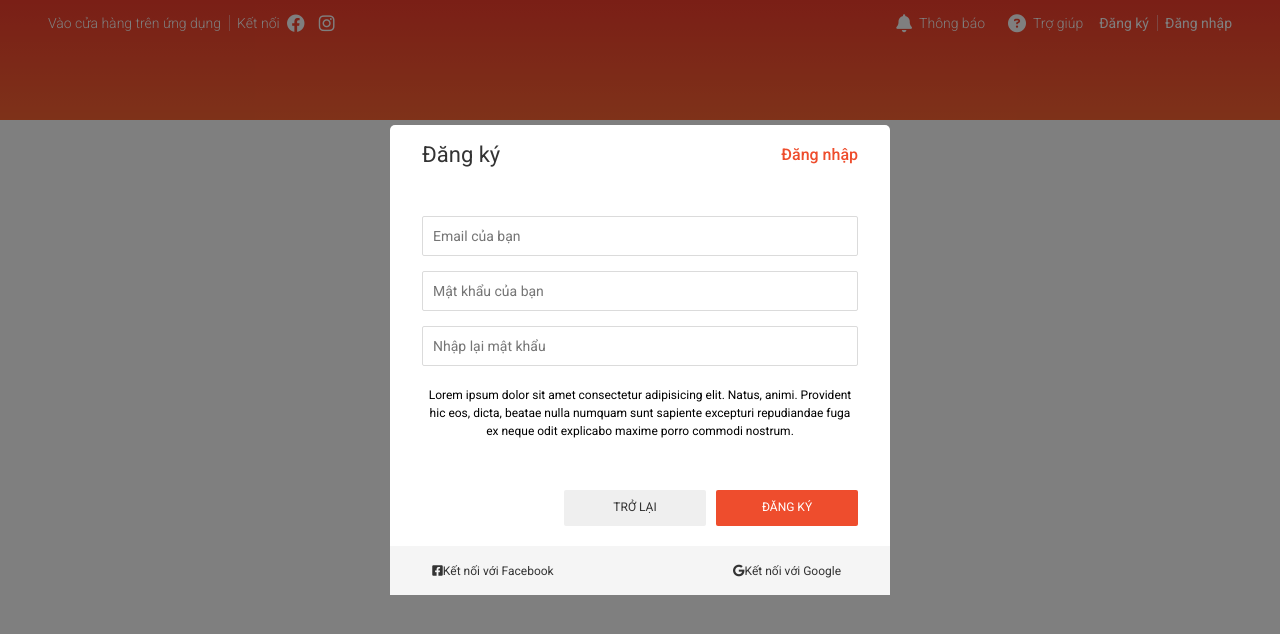
Repository: dptuyen1/F8-Tutorial
Page: index.html
The author's editor kept a copy of each file at every save. The page is drawn from the files as they stood at one save, then again after the next save.
The browser window is 1280 px wide. The pictures show the whole page.

Above is the page before, as saved 2023-05-08 18:08:29.

### index.html
<!DOCTYPE html>
<html lang="en">
  <head>
    <meta charset="UTF-8" />
    <meta http-equiv="X-UA-Compatible" content="IE=edge" />
    <meta name="viewport" content="width=device-width, initial-scale=1.0" />
    <title>Document</title>
    <link
      rel="stylesheet"
      href="https://cdnjs.cloudflare.com/ajax/libs/normalize/8.0.1/normalize.min.css"
      integrity="sha512-NhSC1YmyruXifcj/KFRWoC561YpHpc5Jtzgvbuzx5VozKpWvQ+4nXhPdFgmx8xqexRcpAglTj9sIBWINXa8x5w=="
      crossorigin="anonymous"
      referrerpolicy="no-referrer"
    />
    <link rel="stylesheet" href="assets/css/base.css" />
    <link rel="stylesheet" href="assets/css/main.css" />
    <link
      rel="stylesheet"
      href="assets/fonts/fontawesome-free-6.4.0-web/css/all.min.css"
    />
    <link rel="preconnect" href="https://fonts.googleapis.com" />
    <link rel="preconnect" href="https://fonts.gstatic.com" crossorigin />
    <link
      href="https://fonts.googleapis.com/css2?family=Roboto:wght@300;400;500;700&display=swap"
      rel="stylesheet"
    />
  </head>

  <body>
    <div class="app">
      <header class="header">
        <div class="grid">
          <nav class="header__navbar">
            <ul class="header__navbar-list">
              <li
                class="header__navbar-item header__navbar-item-has-qr header__navbar-item-separate"
              >
                Vào cửa hàng trên ứng dụng
                <div class="header__qr">
                  <img
                    src="assets/img/qr_code.png"
                    alt="QR Cođe"
                    class="header__qr-img"
                  />
                  <div class="header__qr-apps">
                    <a href="" class="header__qr-link">
                      <img
                        src="assets/img/google_play.png"
                        alt="Google Play"
                        class="header__qr-download-img"
                      />
                    </a>
                    <a href="" class="header__qr-link">
                      <img
                        src="assets/img/app_store.png"
                        alt="App Store"
                        class="header__qr-download-img"
                      />
                    </a>
                  </div>
                </div>
              </li>
              <li class="header__navbar-item">
                <span class="header__navbar-title-no-pointer">Kết nối</span>
                <a href="" class="header__navbar-icon-link">
                  <i class="header__navbar-icon fa-brands fa-facebook"></i>
                </a>
                <a href="" class="header__navbar-icon-link">
                  <i class="header__navbar-icon fa-brands fa-instagram"></i>
                </a>
              </li>
            </ul>
            <ul class="header__navbar-list">
              <li class="header__navbar-item header__navbar-item--has-notify">
                <a href="" class="header__navbar-item-link">
                  <a href="" class="header__navbar-icon-link">
                    <i class="header__navbar-icon fa-solid fa-bell"></i> </a
                  >Thông báo
                </a>
                <div class="header__notify">
                  <header class="header__notify-header">
                    <h3>Thông báo mới nhận</h3>
                  </header>
                  <ul class="header__notify-list">
                    <li class="header__notify-item">
                      <a href="" class="header_notify-link">
                        <img
                          src="assets/img/comestic.jpg"
                          alt=""
                          class="header__notify-img"
                        />
                        <div class="header__notify-info">
                          <span class="header_notify-name"
                            >Mỹ phẩm Ohui chính hãng</span
                          >
                          <span class="header__notify-description"
                            >Mô tả mỹ tả Ohui chính hãng</span
                          >
                        </div>
                      </a>
                    </li>
                    <li class="header__notify-item header__notify-item--read">
                      <a href="" class="header_notify-link">
                        <img
                          src="assets/img/comestic.jpg"
                          alt=""
                          class="header__notify-img"
                        />
                        <div class="header__notify-info">
                          <span class="header_notify-name"
                            >Mỹ phẩm Ohui chính hãng</span
                          >
                          <span class="header__notify-description"
                            >Mô tả mỹ tả Ohui chính hãng</span
                          >
                        </div>
                      </a>
                    </li>
                    <li class="header__notify-item">
                      <a href="" class="header_notify-link">
                        <img
                          src="assets/img/comestic.jpg"
                          alt=""
                          class="header__notify-img"
                        />
                        <div class="header__notify-info">
                          <span class="header_notify-name"
                            >Mỹ phẩm Ohui chính hãng</span
                          >
                          <span class="header__notify-description"
                            >Mô tả mỹ tả Ohui chính hãng</span
                          >
                        </div>
                      </a>
                    </li>
                  </ul>
                  <footer class="header__notify-footer">
                    <a href="" class="header__notify-footer-btn">Xem tất cả</a>
                  </footer>
                </div>
              </li>
              <li class="header__navbar-item">
                <a href="" class="header__navbar-item-link">
                  <a href="" class="header__navbar-icon-link">
                    <i
                      class="header__navbar-icon fa-solid fa-circle-question"
                    ></i></a
                  >Trợ giúp
                </a>
              </li>
              <li
                class="header__navbar-item header__navbar-item-bold header__navbar-item-separate"
              >
                Đăng ký
              </li>
              <li class="header__navbar-item header__navbar-item-bold">
                Đăng nhập
              </li>
            </ul>
          </nav>
        </div>
      </header>

      <div class="container"></div>

      <footer class="footer"></footer>
    </div>

    <!-- Modal layout -->
    <div class="modal">
      <div class="modal__overlay"></div>
      <div class="modal__body">
        <div class="modal__inner"></div>

        <!-- Authenticated Form -->
        <form class="auth-form">
          <div class="auth-form__container">
            <div class="auth-form__header">
              <h3 class="auth_form__heading">Đăng ký</h3>
              <span class="auth_form__switch-btn">Đăng nhập</span>
            </div>
            <div class="auth-form__form">
              <div class="auth-form__group">
                <input
                  type="text"
                  class="auth-form__input"
                  placeholder="Email của bạn"
                />
              </div>
              <div class="auth-form__group">
                <input
                  type="password"
                  class="auth-form__input"
                  placeholder="Mật khẩu của bạn"
                />
              </div>
              <div class="auth-form__group">
                <input
                  type="password"
                  class="auth-form__input"
                  placeholder="Nhập lại mật khẩu"
                />
              </div>
            </div>
            <div class="auth-form__aside">
              <p>
                Lorem ipsum dolor sit amet consectetur adipisicing elit. Natus,
                animi. Provident hic eos, dicta, beatae nulla numquam sunt
                sapiente excepturi repudiandae fuga ex neque odit explicabo
                maxime porro commodi nostrum.
              </p>
            </div>
            <div class="auth-form_controls">
              <button class="btn btn--back">TRỞ LẠI</button>
              <button class="btn btn--primary">ĐĂNG KÝ</button>
            </div>
          </div>

          <div class="auth-form_socials">
            <a href="" class="btn btn--size-s btn--with-icon">
              <i class="fa-brands fa-square-facebook"></i>
              Kết nối với Facebook
            </a>
            <a href="" class="btn btn--size-s btn--with-icon">
              <i class="fa-brands fa-google"></i>
              Kết nối với Google
            </a>
          </div>
        </form>
      </div>
    </div>
  </body>
</html>

### assets/css/base.css
:root {
  --primary-color: #ee4d2d;
  --white-color: #fff;
  --black-color: #000;
  --text-color: #333;
  --border-color: #dbdbdb;
}

* {
  box-sizing: inherit;
}

html {
  font-size: 62.5%;
  line-height: 1.6rem;
  font-family: "Roboto", sans-serif;
  box-sizing: border-box;
}

.grid {
  width: 1200px;
  max-width: 100%;
  /* căn giữa */
  margin: 0 auto;
}

.grid__full-width {
  width: 100%;
}

.grid__row {
  display: flex;
  flex-wrap: wrap;
}

/* Modal */
.modal {
  position: fixed;
  top: 0;
  right: 0;
  bottom: 0;
  left: 0;
  display: flex;
}

.modal__overlay {
  position: absolute;
  width: 100%;
  height: 100%;
  background-color: rgba(0, 0, 0, 0.5);
}

.modal__body {
  background-color: var(--white-color);
  margin: auto;
  position: relative;
  z-index: 1;
  border-radius: 5px;
}

.modal__inner {
}

/* Button style */
.btn {
  min-width: 142px;
  height: 36px;
  text-decoration: none;
  border: none;
  border-radius: 2px;
  cursor: pointer;
  padding: 0;
  font-size: 1.2rem;
  color: var(--text-color);
  display: flex;
  justify-content: center;
  align-items: center;
}

.btn:hover {
  background-color: rgba(0, 0, 0, 0.2);
}

.btn.btn--size-s {
  height: 25px;
  /* font-size: 1.2rem; */
}

.btn.btn--primary {
  color: var(--white-color);
  background-color: var(--primary-color);
}

.btn.btn--disabled {
  color: #ccc;
  cursor: default;
  background-color: #999;
}

/* Animation */
@keyframes fadeIn {
  from {
    opacity: 0;
  }

  to {
    opacity: 1;
  }
}

@keyframes notifyGrowth {
  from {
    opacity: 0;
    transform: scale(0);
  }

  to {
    opacity: 1;
    transform: scale(1);
  }
}

### assets/css/main.css
.header {
  height: 120px;
  background-image: linear-gradient(0, #fe6433, #f53e2d);
}

.header__navbar {
  display: flex;
  justify-content: space-between;
}

.header__navbar-list {
  list-style: none;
  padding-left: 0;
}

.header__navbar-item {
  margin: 0 8px;
  position: relative;
  min-height: 26px;
}

.header__navbar-item-has-qr:hover .header__qr {
  display: block;
}

.header__navbar-item,
.header__navbar-item-link {
  display: inline-block;
  font-size: 1.4rem;
  color: var(--white-color);
  text-decoration: none;
  font-weight: 300;
}

.header__navbar-list,
.header__navbar-item,
.header__navbar-item-link,
.header__navbar-icon-link {
  display: inline-flex;
  align-items: center;
}

.header__navbar-item:hover,
.header__navbar-item-link:hover,
.header__navbar-icon-link:hover {
  color: rgba(255, 255, 255, 0.5);
  cursor: pointer;
}

.header__navbar-item--has-notify:hover .header__notify {
  display: block;
}

.header__navbar-item-bold {
  font-weight: 400;
}

.header__navbar-item-separate::after {
  content: "";
  display: block;
  position: absolute;
  border-left: 1px solid #fb9086;
  height: 16px;
  right: -9px;
  top: 50%;
  transform: translateY(-50%);
}

.header__navbar-icon-link {
  color: var(--white-color);
  text-decoration: none;
}

.header__navbar-icon {
  font-size: 1.8rem;
  margin: 0 7px;
}

.header__navbar-title-no-pointer {
  cursor: text;
  color: var(--white-color);
}

/* Header QR Code  */
.header__qr {
  width: 185px;
  background-color: var(--white-color);
  position: absolute;
  left: 0;
  /* cao bằng thẻ chứa nó */
  top: 150%;
  padding: 8px;
  border-radius: 2px;
  display: none;
  animation: fadeIn ease-in 0.5s;
}

.header__qr::before {
  content: "";
  display: block;
  position: absolute;
  width: 100%;
  height: 20px;
  left: 0;
  top: -20px;
}

.header__qr-img {
  width: 100%;
}

.header__qr-apps {
  display: flex;
  justify-content: space-between;
}

.header__qr-link:first-child {
  margin-left: 11px;
}

.header__qr-link:last-child {
  margin-right: 11px;
}

.header__qr-download-img {
  height: 15px;
}

/* Header notification */

.header__notify {
  position: absolute;
  top: 150%;
  right: 0;
  width: 405px;
  background-color: var(--white-color);
  border: 1px solid #d3d3d3;
  border-radius: 2px;
  cursor: default;
  transform-origin: top right;
  display: none;
  animation: notifyGrowth ease-in 0.5s;
}

.header__notify::before {
  content: "";
  border-width: 20px 30px;
  border-style: solid;
  border-color: transparent transparent var(--white-color) transparent;
  position: absolute;
  right: 0;
  top: -30px;
}

.header__notify::after {
  content: "";
  display: block;
  position: absolute;
  right: 0;
  top: -20px;
  width: 100%;
  height: 20px;
}

.header__notify-header {
  height: 40px;
  background-color: var(--white-color);
}

.header__notify-header h3 {
  color: #999;
  margin: 0 0 0 12px;
  font-weight: 400;
  font-size: 1.4rem;
  line-height: 40px;
}

.header__notify-list {
  padding-left: 0;
}

.header__notify-item {
  display: flex;
}

.header__notify-item:hover {
  background-color: #f7f7f7;
}

.header__notify-item--read {
  background-color: rgba(238, 77, 45, 0.2);
}

.header_notify-link {
  width: 100%;
  display: flex;
  padding: 12px;
  text-decoration: none;
}

.header__notify-img {
  width: 50px;
  object-fit: contain;
}

.header__notify-info {
  margin-left: 12px;
}

.header_notify-name {
  display: block;
  font-size: 1.4rem;
  color: var(--black-color);
  font-weight: 400;
}

.header__notify-description {
  display: block;
  font-size: 1.2rem;
  line-height: 2rem;
  color: #756f6e;
  margin-top: 10px;
}

.header__notify-footer {
  display: flex;
}

.header__notify-footer-btn {
  text-decoration: none;
  color: var(--text-color);
  margin: 0 auto;
  padding: 10px;
  font-size: 1.4rem;
  font-weight: 400;
}

/* Authenticated modal */
.auth-form {
  width: 500px;
}

.auth-form__container {
  padding: 0 32px;
}

.auth-form__header {
  display: flex;
  align-items: center;
  justify-content: space-between;
}

.auth_form__heading {
  font-size: 2.2rem;
  font-weight: 400;
  color: var(--text-color);
}

.auth_form__switch-btn {
  font-size: 1.6rem;
  color: var(--primary-color);
  font-weight: 500;
  cursor: pointer;
}

.auth-form__form {
  margin-top: 16px;
}

.auth-form__group {
}

.auth-form__input {
  width: 100%;
  height: 40px;
  margin-top: 15px;
  padding: 0 10px;
  font-size: 1.4rem;
  border: 1px solid var(--border-color);
  border-radius: 2px;
  outline: none;
}

.auth-form__input:focus {
  border-color: #777;
}

.auth-form__aside {
  margin-top: 20px;
}

.auth-form__aside p {
  font-size: 1.2rem;
  line-height: 1.8rem;
  text-align: center;
}

.auth-form_controls {
  margin-top: 50px;
  margin-bottom: 20px;
  display: flex;
  justify-content: flex-end;
}

.btn {
}

.btn--back {
  margin-right: 10px;
}

.btn--primary {
}

.auth-form_socials {
  background-color: #f5f5f5;
  padding: 12px 32px;
  display: flex;
  justify-content: space-between;
}

.btn--with-icon {
}

.fa-brands {
}

.fa-square-facebook {
}

.fa-google {
}

Loaded but not shown: assets/fonts/fontawesome-free-6.4.0-web/css/all.min.css (library)

After the next save:
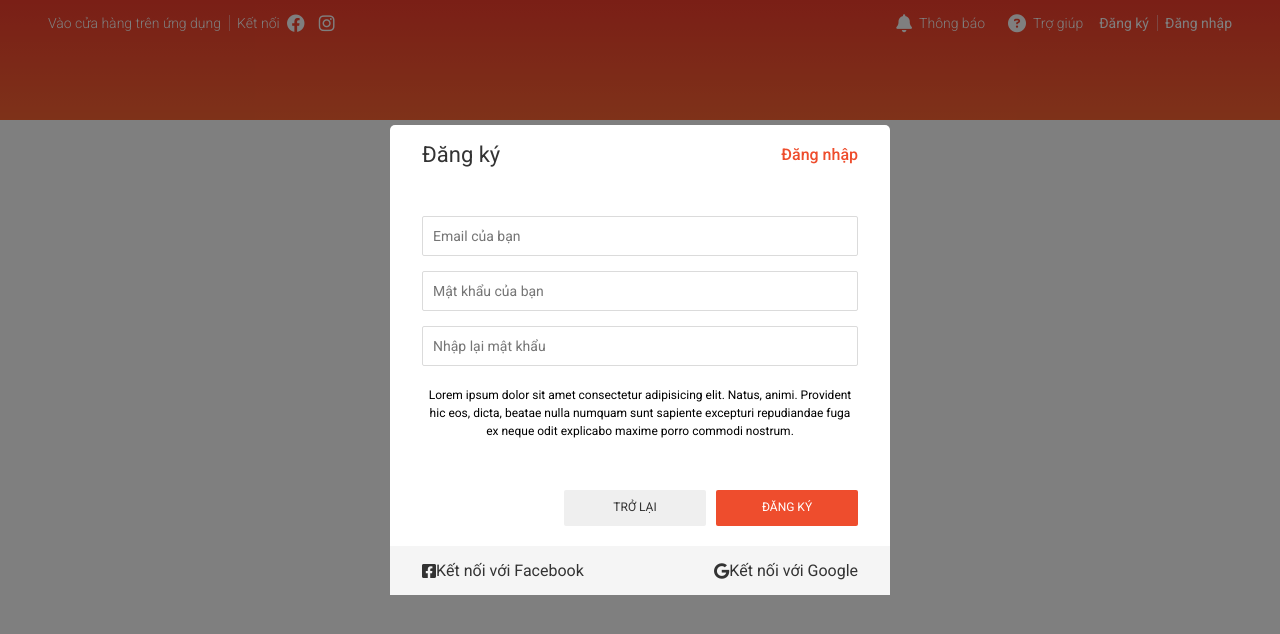
Saved 4 s later.
--- a/assets/css/base.css
+++ b/assets/css/base.css
@@ -83,7 +83,7 @@ html {
 
 .btn.btn--size-s {
   height: 25px;
-  /* font-size: 1.2rem; */
+  font-size: 1.6rem;
 }
 
 .btn.btn--primary {
